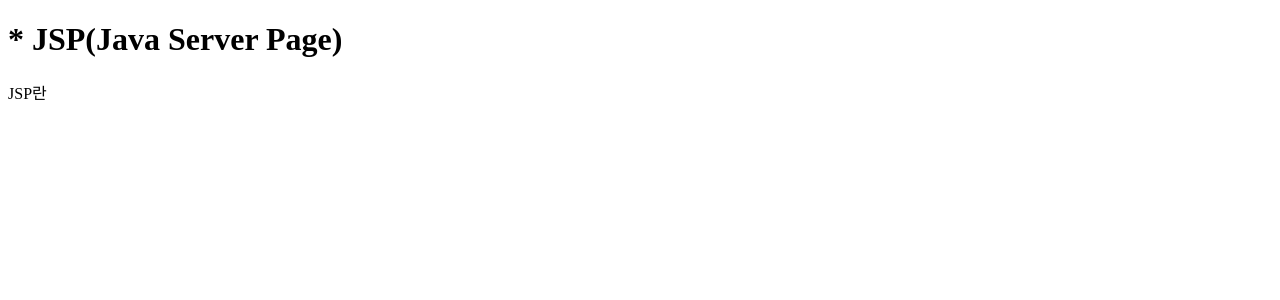
Repository: BrianH29/BH_webserver_workspace1
Page: webserver_workspace1/2_JSP/WebContent/index.html
These files come from the project's save history. The page is drawn as it stood at one moment and after the next save; the edit follows.
The browser window is 1280 px wide. The pictures show the whole page.

Above is the page before, as saved 2020-08-31 01:06:57.

### webserver_workspace1/2_JSP/WebContent/index.html
<!DOCTYPE html>
<html>
<head>
<meta charset="UTF-8">
<title>Insert title here</title>
</head>
<body>

	<h1>* JSP(Java Server Page)</h1>

	<p>
		JSP란
	</p>

</body>
</html>

After the next save:
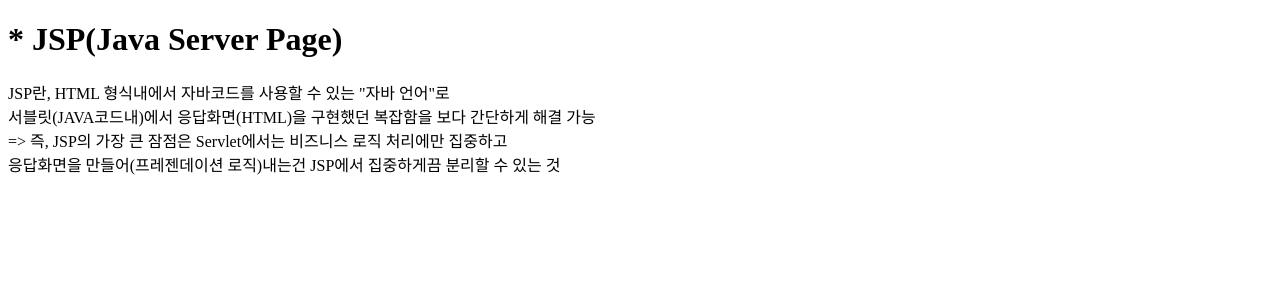
Saved 2 min 4 s later.
--- a/webserver_workspace1/2_JSP/WebContent/index.html
+++ b/webserver_workspace1/2_JSP/WebContent/index.html
@@ -9,7 +9,10 @@
 	<h1>* JSP(Java Server Page)</h1>
 
 	<p>
-		JSP란
+		JSP란, HTML 형식내에서 자바코드를 사용할 수 있는 "자바 언어"로<br>
+		서블릿(JAVA코드내)에서 응답화면(HTML)을 구현했던 복잡함을 보다 간단하게 해결 가능 <br>
+		=> 즉, JSP의 가장 큰 잠점은 Servlet에서는 비즈니스 로직 처리에만 집중하고 <br>
+			응답화면을 만들어(프레젠데이션 로직)내는건 JSP에서 집중하게끔 분리할 수 있는 것
 	</p>
 
 </body>
